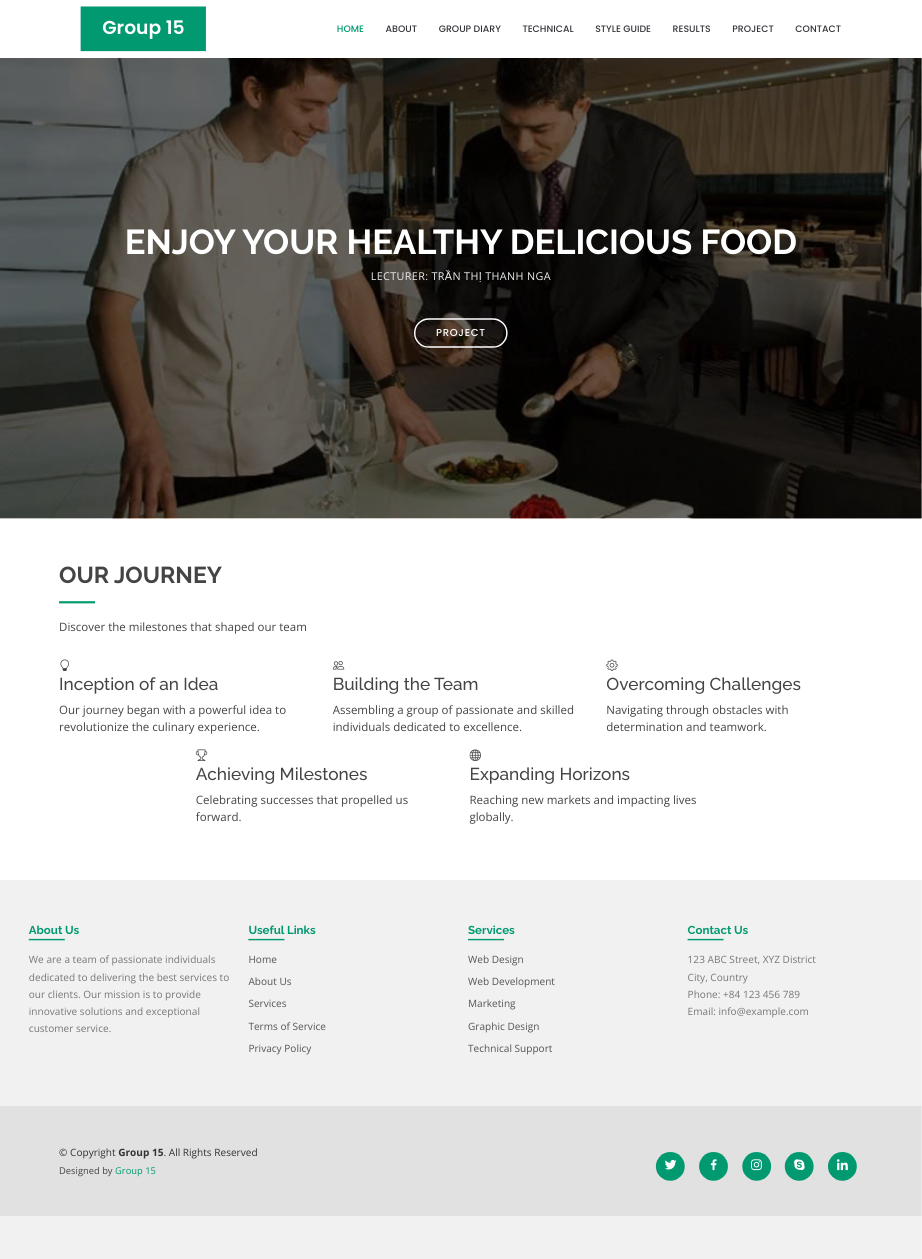
Repository: HoangKhangKhuPho4/Group_Web
Page: index.html
These files come from the project's save history. The page is drawn as it stood at one moment and after the next save; the edit follows.
The browser window is 1280 px wide. The pictures show the whole page, at 72% of full size.
Backgrounds fixed to the window are drawn as part of the page.

Above is the page before, as saved 2024-10-19 23:52:03.

### index.html
<!DOCTYPE html>
<html lang="en">

<head>
  <meta charset="utf-8">
  <meta content="width=device-width, initial-scale=1.0" name="viewport">

  <title>Group 15</title>
  <meta content="" name="description">
  <meta content="" name="keywords">

  <!-- Favicons -->
  <link href="assets/img/favicon.png" rel="icon">
  <link href="assets/img/apple-touch-icon.png" rel="apple-touch-icon">

  <!-- Google Fonts -->
  <link
    href="https://fonts.googleapis.com/css?family=Open+Sans:300,300i,400,400i,600,600i,700,700i|Raleway:300,300i,400,400i,500,500i,600,600i,700,700i|Poppins:300,300i,400,400i,500,500i,600,600i"
    rel="stylesheet">

  <!-- Vendor CSS Files -->
  <link href="assets/vendor/aos/aos.css" rel="stylesheet">
  <link href="assets/vendor/bootstrap/css/bootstrap.min.css" rel="stylesheet">
  <link href="assets/vendor/bootstrap-icons/bootstrap-icons.css" rel="stylesheet">
  <link href="assets/vendor/boxicons/css/boxicons.min.css" rel="stylesheet">
  <link href="assets/vendor/glightbox/css/glightbox.min.css" rel="stylesheet">
  <link href="assets/vendor/remixicon/remixicon.css" rel="stylesheet">
  <link href="assets/vendor/swiper/swiper-bundle.min.css" rel="stylesheet">

  <!-- Template Main CSS File -->
  <link href="assets/css/style.css" rel="stylesheet">

  <!-- =======================================================
  * Template Name: Bethany - v4.7.0
  * Template URL: https://bootstrapmade.com/bethany-free-onepage-bootstrap-theme/
  * Author: BootstrapMade.com
  * License: https://bootstrapmade.com/license/
  ======================================================== -->
</head>

<body>

  <!-- ======= Header ======= -->
  <header id="header" class="fixed-top d-flex align-items-center">
    <div class="container">
      <div class="header-container d-flex align-items-center justify-content-between">
        <div class="logo">
          <h1 class="text-light"><a href="index.html"><span>Group 15</span></a></h1>
        </div>

        <nav id="navbar" class="navbar">
          <ul>
            <li><a class="nav-link scrollto active" href="index.html">Home</a></li>
            <li><a class="nav-link scrollto" href="about.html">About</a></li>
            <li><a class="nav-link scrollto" href="groupDiary.html">Group Diary</a></li>
            <li><a class="nav-link scrollto" href="technical.html">Technical</a></li>
            <li><a class="nav-link scrollto" href="styleguide.html">Style Guide</a></li>
            <li><a class="nav-link scrollto" href="results.html">Results</a></li>
            <li><a class="nav-link scrollto" href="project.html">Project</a></li>
            <li><a class="nav-link scrollto" href="contact.html">Contact</a></li>
          </ul>
          <i class="bi bi-list mobile-nav-toggle"></i>
        </nav>
        <!-- .navbar -->

      </div>
      <!-- End Header Container -->
    </div>
  </header>
  <!-- End Header -->

  <!-- ======= Hero Section ======= -->
  <section id="hero" class="d-flex align-items-center">
    <div class="container text-center position-relative" data-aos="fade-in" data-aos-delay="200">
      <h1>ENJOY YOUR HEALTHY DELICIOUS FOOD</h1>
      <h2>Lecturer: Trần Thị Thanh Nga</h2>
      <a href="https://caominhhieu22130081.github.io/nhom11-giaotiepnguoimay-master/" target="_blank"
        class="btn-get-started scrollto">Project</a>
    </div>
  </section>
  <!-- End Hero -->

  <main id="main">

    <!-- ======= Our Journey Section ======= -->
    <section id="our-team-story" class="our-team-story">
      <div class="container" data-aos="fade-up">
        <div class="section-title">
          <h2>Our Journey</h2>
          <p>Discover the milestones that shaped our team</p>
        </div>

        <div class="story-container">
          <div class="row justify-content-center">

            <!-- Story Item 1 -->
            <div class="col-lg-4 col-md-6 d-flex align-items-stretch">
              <div class="story-item" data-aos="fade-up" data-aos-delay="100">
                <div class="icon-box">
                  <div class="icon">
                    <i class="bi bi-lightbulb"></i>
                  </div>
                  <h4 class="title">Inception of an Idea</h4>
                  <p class="description">Our journey began with a powerful idea to revolutionize the culinary experience.</p>
                </div>
              </div>
            </div>

            <!-- Story Item 2 -->
            <div class="col-lg-4 col-md-6 d-flex align-items-stretch">
              <div class="story-item" data-aos="fade-up" data-aos-delay="200">
                <div class="icon-box">
                  <div class="icon">
                    <i class="bi bi-people"></i>
                  </div>
                  <h4 class="title">Building the Team</h4>
                  <p class="description">Assembling a group of passionate and skilled individuals dedicated to excellence.</p>
                </div>
              </div>
            </div>

            <!-- Story Item 3 -->
            <div class="col-lg-4 col-md-6 d-flex align-items-stretch">
              <div class="story-item" data-aos="fade-up" data-aos-delay="300">
                <div class="icon-box">
                  <div class="icon">
                    <i class="bi bi-gear"></i>
                  </div>
                  <h4 class="title">Overcoming Challenges</h4>
                  <p class="description">Navigating through obstacles with determination and teamwork.</p>
                </div>
              </div>
            </div>

            <!-- Story Item 4 -->
            <div class="col-lg-4 col-md-6 d-flex align-items-stretch">
              <div class="story-item" data-aos="fade-up" data-aos-delay="400">
                <div class="icon-box">
                  <div class="icon">
                    <i class="bi bi-trophy"></i>
                  </div>
                  <h4 class="title">Achieving Milestones</h4>
                  <p class="description">Celebrating successes that propelled us forward.</p>
                </div>
              </div>
            </div>

            <!-- Story Item 5 -->
            <div class="col-lg-4 col-md-6 d-flex align-items-stretch">
              <div class="story-item" data-aos="fade-up" data-aos-delay="500">
                <div class="icon-box">
                  <div class="icon">
                    <i class="bi bi-globe"></i>
                  </div>
                  <h4 class="title">Expanding Horizons</h4>
                  <p class="description">Reaching new markets and impacting lives globally.</p>
                </div>
              </div>
            </div>

          </div>
        </div>
      </div>
    </section>
    <!-- End Our Journey Section -->

    <!-- ======= Portfolio Details Section ======= -->
    <!-- Giữ nguyên phần Portfolio Details nếu bạn muốn -->
    <!-- End Portfolio Details Section -->

  </main>
  <!-- End #main -->

  <!-- ======= Footer ======= -->
  <footer id="footer">
    <div class="footer-container">
      <div class="footer-column">
        <h4>About Us</h4>
        <p>We are a team of passionate individuals dedicated to delivering the best services to our clients. Our mission
          is to provide innovative solutions and exceptional customer service.</p>
      </div>
      <div class="footer-column">
        <h4>Useful Links</h4>
        <ul>
          <li><a href="index.html">Home</a></li>
          <li><a href="about.html">About Us</a></li>
          <li><a href="services.html">Services</a></li>
          <li><a href="terms.html">Terms of Service</a></li>
          <li><a href="privacy.html">Privacy Policy</a></li>
        </ul>
      </div>
      <div class="footer-column">
        <h4>Services</h4>
        <ul>
          <li><a href="#">Web Design</a></li>
          <li><a href="#">Web Development</a></li>
          <li><a href="#">Marketing</a></li>
          <li><a href="#">Graphic Design</a></li>
          <li><a href="#">Technical Support</a></li>
        </ul>
      </div>
      <div class="footer-column">
        <h4>Contact Us</h4>
        <p>
          123 ABC Street, XYZ District<br>
          City, Country<br>
          Phone: +84 123 456 789<br>
          Email: info@example.com
        </p>
      </div>
    </div>
    <div class="footer-bottom">
      <div class="container d-md-flex py-4">
        <div class="me-md-auto text-center text-md-start">
          <div class="copyright">
            &copy; Copyright <strong><span>Group 15</span></strong>. All Rights Reserved
          </div>
          <div class="credits">
            Designed by <a href="#">Group 15</a>
          </div>
        </div>
        <div class="social-links text-center text-md-right pt-3 pt-md-0">
          <a href="#" class="twitter" title="Twitter"><i class="bx bxl-twitter"></i></a>
          <a href="#" class="facebook" title="Facebook"><i class="bx bxl-facebook"></i></a>
          <a href="#" class="instagram" title="Instagram"><i class="bx bxl-instagram"></i></a>
          <a href="#" class="google-plus" title="Skype"><i class="bx bxl-skype"></i></a>
          <a href="#" class="linkedin" title="LinkedIn"><i class="bx bxl-linkedin"></i></a>
        </div>
      </div>
    </div>
  </footer>
  <!-- End Footer -->

  <!-- Back to Top -->
  <a href="#" class="back-to-top d-flex align-items-center justify-content-center"><i
      class="bi bi-arrow-up-short"></i></a>

  <!-- Vendor JS Files -->
  <script src="assets/vendor/aos/aos.js"></script>
  <script src="assets/vendor/bootstrap/js/bootstrap.bundle.min.js"></script>
  <script src="assets/vendor/purecounter/purecounter.js"></script>
  <script src="assets/vendor/glightbox/js/glightbox.min.js"></script>
  <script src="assets/vendor/isotope-layout/isotope.pkgd.min.js"></script>
  <script src="assets/vendor/swiper/swiper-bundle.min.js"></script>
  <!-- Template Main JS File -->
  <script src="assets/js/main.js"></script>

  <!-- Initialize AOS -->
  <script>
    AOS.init({
      duration: 1000,
      once: true,
    });
  </script>

</body>

</html>

Loaded but not shown: assets/vendor/aos/aos.css (library); assets/vendor/bootstrap/css/bootstrap.min.css (library); assets/vendor/bootstrap-icons/bootstrap-icons.css (library); assets/vendor/boxicons/css/boxicons.min.css (library); assets/vendor/glightbox/css/glightbox.min.css (library); assets/vendor/remixicon/remixicon.css (library); assets/vendor/swiper/swiper-bundle.min.css (library); assets/vendor/aos/aos.js (library); assets/vendor/bootstrap/js/bootstrap.bundle.min.js (library); assets/vendor/purecounter/purecounter.js (library); assets/vendor/glightbox/js/glightbox.min.js (library); assets/vendor/isotope-layout/isotope.pkgd.min.js (library); assets/vendor/swiper/swiper-bundle.min.js (library); assets/js/main.js (252 lines, source omitted); assets/css/style.css (1474 lines, source omitted)

After the next save:
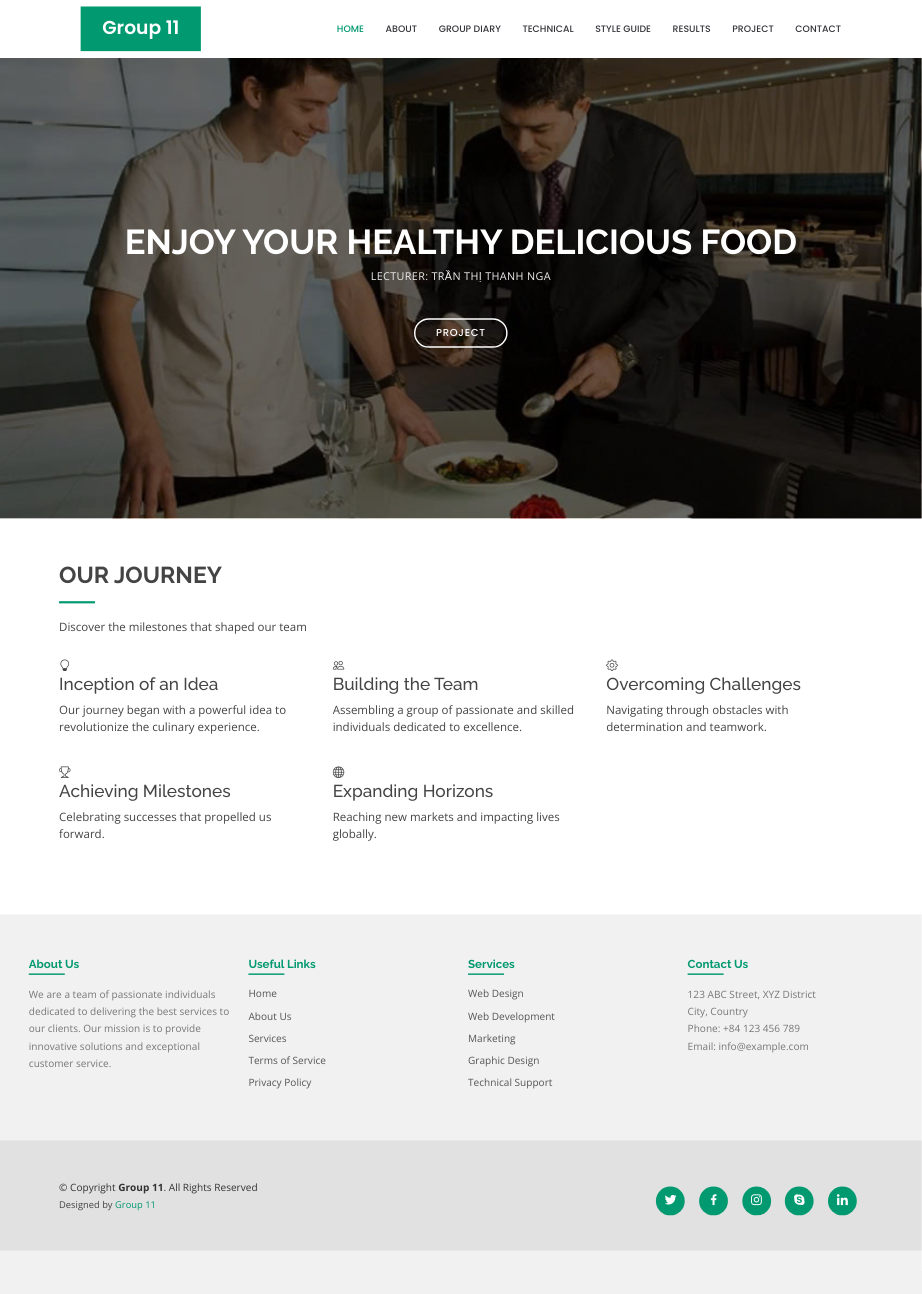
Saved 2 min 42 s later.
--- a/index.html
+++ b/index.html
@@ -5,7 +5,7 @@
   <meta charset="utf-8">
   <meta content="width=device-width, initial-scale=1.0" name="viewport">
 
-  <title>Group 15</title>
+  <title>Group 11</title>
   <meta content="" name="description">
   <meta content="" name="keywords">
 
@@ -30,12 +30,6 @@
   <!-- Template Main CSS File -->
   <link href="assets/css/style.css" rel="stylesheet">
 
-  <!-- =======================================================
-  * Template Name: Bethany - v4.7.0
-  * Template URL: https://bootstrapmade.com/bethany-free-onepage-bootstrap-theme/
-  * Author: BootstrapMade.com
-  * License: https://bootstrapmade.com/license/
-  ======================================================== -->
 </head>
 
 <body>
@@ -45,7 +39,7 @@
     <div class="container">
       <div class="header-container d-flex align-items-center justify-content-between">
         <div class="logo">
-          <h1 class="text-light"><a href="index.html"><span>Group 15</span></a></h1>
+          <h1 class="text-light"><a href="index.html"><span>Group 11</span></a></h1>
         </div>
 
         <nav id="navbar" class="navbar">
@@ -91,10 +85,10 @@
         </div>
 
         <div class="story-container">
-          <div class="row justify-content-center">
+          <div class="row">
 
             <!-- Story Item 1 -->
-            <div class="col-lg-4 col-md-6 d-flex align-items-stretch">
+            <div class="col-lg-4 col-md-6 mb-4 d-flex align-items-stretch">
               <div class="story-item" data-aos="fade-up" data-aos-delay="100">
                 <div class="icon-box">
                   <div class="icon">
@@ -107,7 +101,7 @@
             </div>
 
             <!-- Story Item 2 -->
-            <div class="col-lg-4 col-md-6 d-flex align-items-stretch">
+            <div class="col-lg-4 col-md-6 mb-4 d-flex align-items-stretch">
               <div class="story-item" data-aos="fade-up" data-aos-delay="200">
                 <div class="icon-box">
                   <div class="icon">
@@ -120,7 +114,7 @@
             </div>
 
             <!-- Story Item 3 -->
-            <div class="col-lg-4 col-md-6 d-flex align-items-stretch">
+            <div class="col-lg-4 col-md-6 mb-4 d-flex align-items-stretch">
               <div class="story-item" data-aos="fade-up" data-aos-delay="300">
                 <div class="icon-box">
                   <div class="icon">
@@ -133,7 +127,7 @@
             </div>
 
             <!-- Story Item 4 -->
-            <div class="col-lg-4 col-md-6 d-flex align-items-stretch">
+            <div class="col-lg-4 col-md-6 mb-4 d-flex align-items-stretch">
               <div class="story-item" data-aos="fade-up" data-aos-delay="400">
                 <div class="icon-box">
                   <div class="icon">
@@ -146,7 +140,7 @@
             </div>
 
             <!-- Story Item 5 -->
-            <div class="col-lg-4 col-md-6 d-flex align-items-stretch">
+            <div class="col-lg-4 col-md-6 mb-4 d-flex align-items-stretch">
               <div class="story-item" data-aos="fade-up" data-aos-delay="500">
                 <div class="icon-box">
                   <div class="icon">
@@ -164,14 +158,13 @@
     </section>
     <!-- End Our Journey Section -->
 
-    <!-- ======= Portfolio Details Section ======= -->
-    <!-- Giữ nguyên phần Portfolio Details nếu bạn muốn -->
-    <!-- End Portfolio Details Section -->
+    <!-- ... (giữ nguyên các phần khác nếu cần) ... -->
 
   </main>
   <!-- End #main -->
 
   <!-- ======= Footer ======= -->
+  <!-- ... (giữ nguyên phần Footer) ... -->
   <footer id="footer">
     <div class="footer-container">
       <div class="footer-column">
@@ -213,10 +206,10 @@
       <div class="container d-md-flex py-4">
         <div class="me-md-auto text-center text-md-start">
           <div class="copyright">
-            &copy; Copyright <strong><span>Group 15</span></strong>. All Rights Reserved
+            &copy; Copyright <strong><span>Group 11</span></strong>. All Rights Reserved
           </div>
           <div class="credits">
-            Designed by <a href="#">Group 15</a>
+            Designed by <a href="#">Group 11</a>
           </div>
         </div>
         <div class="social-links text-center text-md-right pt-3 pt-md-0">

After the save that followed:
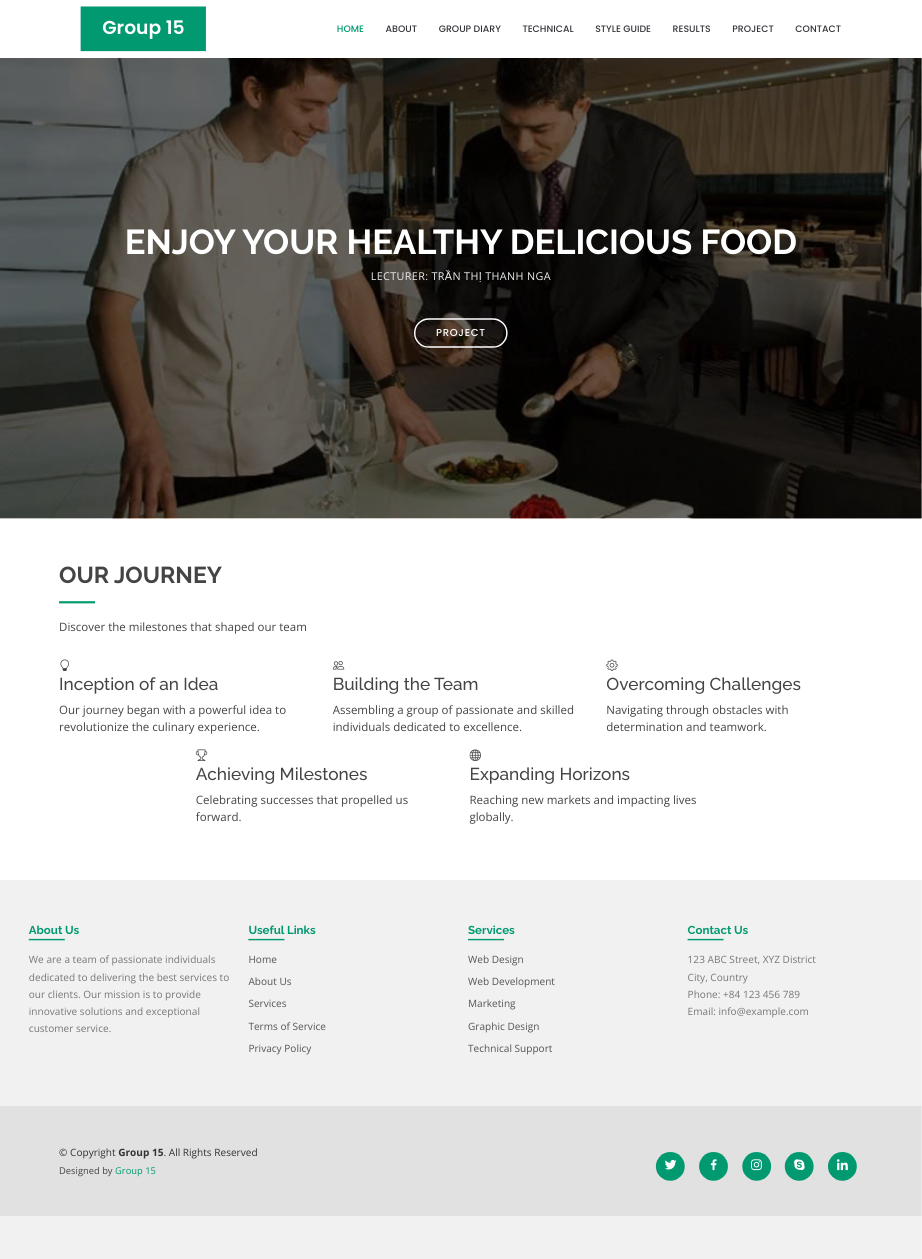
Saved 7 s later.
--- a/index.html
+++ b/index.html
@@ -5,7 +5,7 @@
   <meta charset="utf-8">
   <meta content="width=device-width, initial-scale=1.0" name="viewport">
 
-  <title>Group 11</title>
+  <title>Group 15</title>
   <meta content="" name="description">
   <meta content="" name="keywords">
 
@@ -30,6 +30,12 @@
   <!-- Template Main CSS File -->
   <link href="assets/css/style.css" rel="stylesheet">
 
+  <!-- =======================================================
+  * Template Name: Bethany - v4.7.0
+  * Template URL: https://bootstrapmade.com/bethany-free-onepage-bootstrap-theme/
+  * Author: BootstrapMade.com
+  * License: https://bootstrapmade.com/license/
+  ======================================================== -->
 </head>
 
 <body>
@@ -39,7 +45,7 @@
     <div class="container">
       <div class="header-container d-flex align-items-center justify-content-between">
         <div class="logo">
-          <h1 class="text-light"><a href="index.html"><span>Group 11</span></a></h1>
+          <h1 class="text-light"><a href="index.html"><span>Group 15</span></a></h1>
         </div>
 
         <nav id="navbar" class="navbar">
@@ -85,10 +91,10 @@
         </div>
 
         <div class="story-container">
-          <div class="row">
+          <div class="row justify-content-center">
 
             <!-- Story Item 1 -->
-            <div class="col-lg-4 col-md-6 mb-4 d-flex align-items-stretch">
+            <div class="col-lg-4 col-md-6 d-flex align-items-stretch">
               <div class="story-item" data-aos="fade-up" data-aos-delay="100">
                 <div class="icon-box">
                   <div class="icon">
@@ -101,7 +107,7 @@
             </div>
 
             <!-- Story Item 2 -->
-            <div class="col-lg-4 col-md-6 mb-4 d-flex align-items-stretch">
+            <div class="col-lg-4 col-md-6 d-flex align-items-stretch">
               <div class="story-item" data-aos="fade-up" data-aos-delay="200">
                 <div class="icon-box">
                   <div class="icon">
@@ -114,7 +120,7 @@
             </div>
 
             <!-- Story Item 3 -->
-            <div class="col-lg-4 col-md-6 mb-4 d-flex align-items-stretch">
+            <div class="col-lg-4 col-md-6 d-flex align-items-stretch">
               <div class="story-item" data-aos="fade-up" data-aos-delay="300">
                 <div class="icon-box">
                   <div class="icon">
@@ -127,7 +133,7 @@
             </div>
 
             <!-- Story Item 4 -->
-            <div class="col-lg-4 col-md-6 mb-4 d-flex align-items-stretch">
+            <div class="col-lg-4 col-md-6 d-flex align-items-stretch">
               <div class="story-item" data-aos="fade-up" data-aos-delay="400">
                 <div class="icon-box">
                   <div class="icon">
@@ -140,7 +146,7 @@
             </div>
 
             <!-- Story Item 5 -->
-            <div class="col-lg-4 col-md-6 mb-4 d-flex align-items-stretch">
+            <div class="col-lg-4 col-md-6 d-flex align-items-stretch">
               <div class="story-item" data-aos="fade-up" data-aos-delay="500">
                 <div class="icon-box">
                   <div class="icon">
@@ -158,13 +164,14 @@
     </section>
     <!-- End Our Journey Section -->
 
-    <!-- ... (giữ nguyên các phần khác nếu cần) ... -->
+    <!-- ======= Portfolio Details Section ======= -->
+    <!-- Giữ nguyên phần Portfolio Details nếu bạn muốn -->
+    <!-- End Portfolio Details Section -->
 
   </main>
   <!-- End #main -->
 
   <!-- ======= Footer ======= -->
-  <!-- ... (giữ nguyên phần Footer) ... -->
   <footer id="footer">
     <div class="footer-container">
       <div class="footer-column">
@@ -206,10 +213,10 @@
       <div class="container d-md-flex py-4">
         <div class="me-md-auto text-center text-md-start">
           <div class="copyright">
-            &copy; Copyright <strong><span>Group 11</span></strong>. All Rights Reserved
+            &copy; Copyright <strong><span>Group 15</span></strong>. All Rights Reserved
           </div>
           <div class="credits">
-            Designed by <a href="#">Group 11</a>
+            Designed by <a href="#">Group 15</a>
           </div>
         </div>
         <div class="social-links text-center text-md-right pt-3 pt-md-0">
